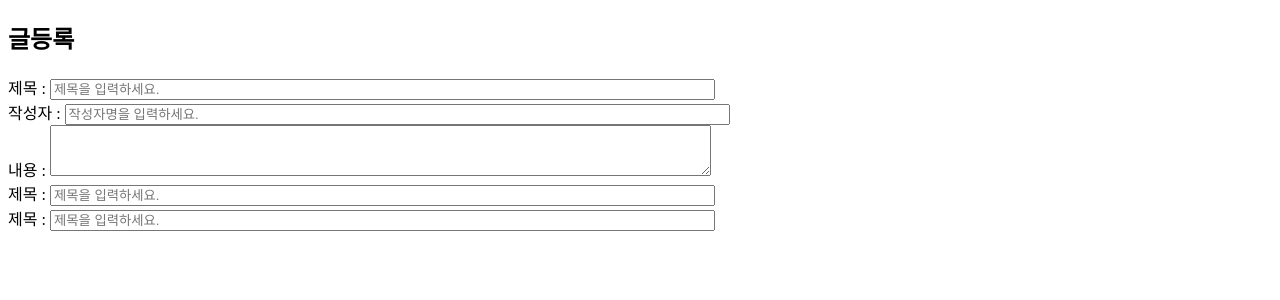
Repository: Park147/Django
Page: jango/pyboard/board/templates/board/register.html
These files come from the project's save history. The page is drawn as it stood at one moment and after the next save; the edit follows.
The browser window is 1280 px wide. The pictures show the whole page.

Above is the page before, as saved 2023-07-18 07:17:33.

After the next save:
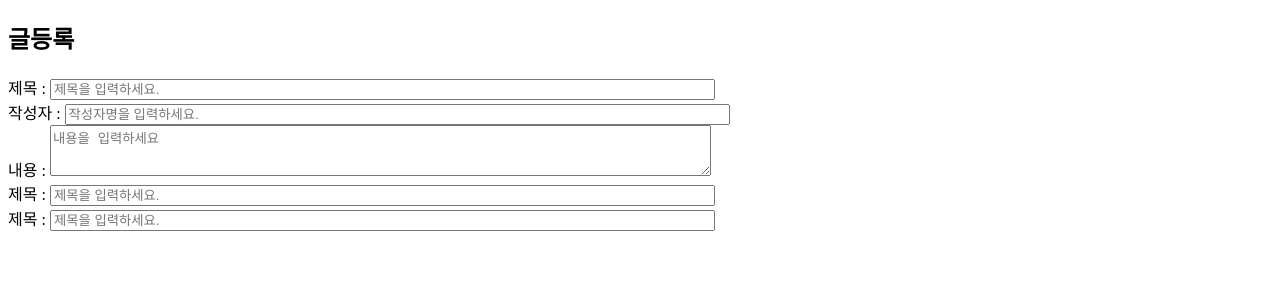
Saved 11 s later.
--- a/jango/pyboard/board/templates/board/register.html
+++ b/jango/pyboard/board/templates/board/register.html
@@ -9,7 +9,7 @@
 	<form id="form1" name="form1" method="post" action="/insert/" enctype="multipart/fore-data">
 		<div> 제목 : <input type="text" name="title" size="80" placeholder="제목을 입력하세요."> </div>
 		<div> 작성자 : <input type="text" name="writer" size="80" placeholder="작성자명을 입력하세요."> </div>
-		<div> 내용 : <textarea rows="3" cols="80" name="content"></textarea> </div>
+		<div> 내용 : <textarea rows="3" cols="80" name="content" placeholder="내용을 입력하세요"></textarea> </div>
 		<div> 제목 : <input type="text" name="title" size="80" placeholder="제목을 입력하세요."> </div>
 		<div> 제목 : <input type="text" name="title" size="80" placeholder="제목을 입력하세요."> </div>
 	</form>
